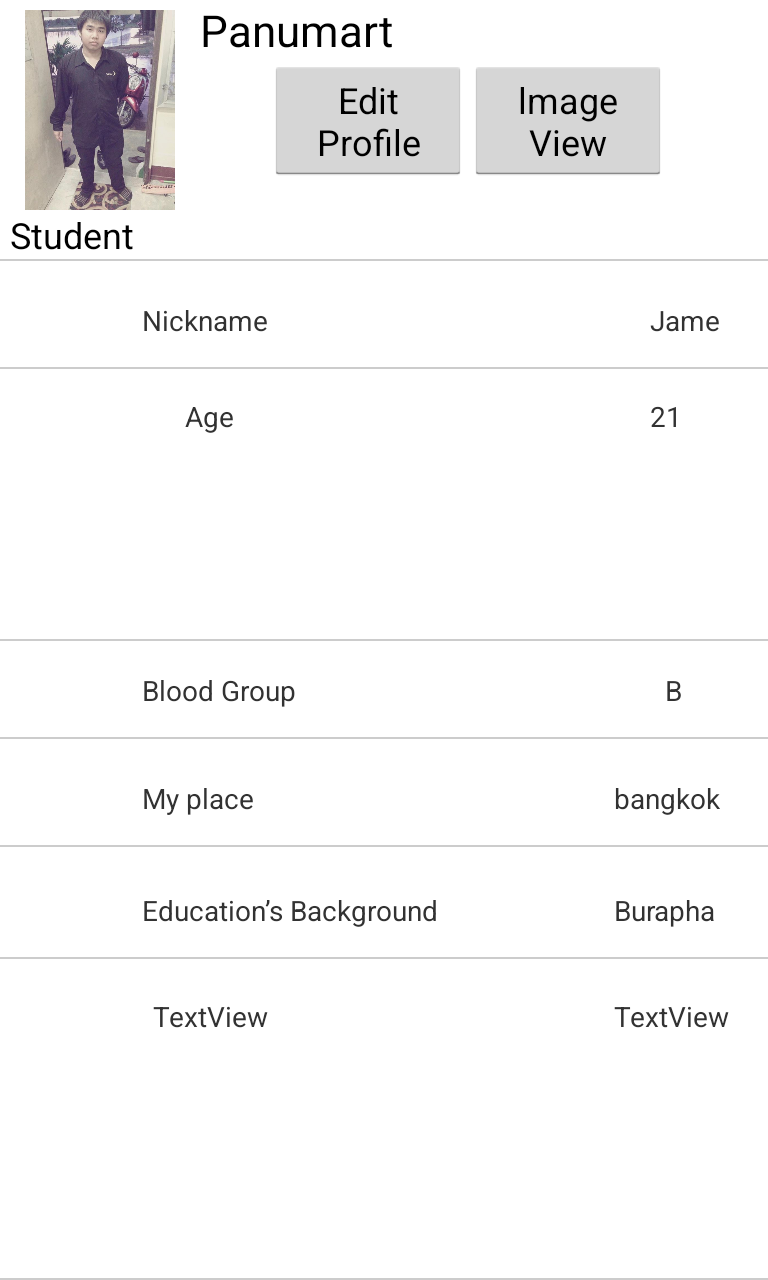
Repository: PanumartThamkawin/Resuma_55410657
Layout: Panu657/res/layout/activity_main.xml
The author's editor kept a copy of each file at every save. The layout is drawn from the files as they stood at one save, then again after the next save.
It is drawn on a 768 x 1280 px phone screen (xhdpi) without system bars, with theme AppTheme; the app's code is not run.

Above is the layout before, as saved 2014-09-01 06:58:13.

### Panu657/res/layout/activity_main.xml
<RelativeLayout xmlns:android="http://schemas.android.com/apk/res/android"
    xmlns:tools="http://schemas.android.com/tools"
    android:layout_width="match_parent"
    android:layout_height="match_parent"
    android:layout_marginLeft="5dp"
    tools:context="${relativePackage}.${activityClass}" >

    <LinearLayout
        android:id="@+id/linearLayout1"
        android:layout_width="100dp"
        android:layout_height="100dp"
        android:layout_marginTop="5dp" >

        <ImageView
            android:id="@+id/imageView1"
            android:layout_width="wrap_content"
            android:layout_height="wrap_content"
            android:src="@drawable/jame" />
    </LinearLayout>

    <TextView
        android:id="@+id/textView1"
        android:layout_width="wrap_content"
        android:layout_height="wrap_content"
        android:layout_alignParentTop="true"
        android:layout_toRightOf="@+id/linearLayout1"
        android:text="Panumart "
        android:textAppearance="?android:attr/textAppearanceLarge" />

    <LinearLayout
        android:id="@+id/linearLayout3"
        android:layout_width="wrap_content"
        android:layout_height="wrap_content"
        android:layout_alignParentRight="true"
        android:layout_below="@id/textView1"
        android:layout_marginRight="50dp" >

        <Button
            android:id="@+id/button1"
            android:layout_width="100dp"
            android:layout_height="wrap_content"
            android:text="Edit Profile" />

        <Button
            android:id="@+id/button2"
            android:layout_width="100dp"
            android:layout_height="wrap_content"
            android:text="lmage View" />
    </LinearLayout>

    <LinearLayout
        android:id="@+id/linearLayout2"
        android:layout_width="match_parent"
        android:layout_height="wrap_content"
        android:layout_below="@id/linearLayout1" >

        <TextView
            android:id="@+id/textView2"
            android:layout_width="wrap_content"
            android:layout_height="wrap_content"
            android:layout_marginLeft="5dp"
            android:text="Student "
            android:textAppearance="?android:attr/textAppearanceMedium" />
    </LinearLayout>

    <TextView
        android:id="@+id/textView3"
        android:layout_width="wrap_content"
        android:layout_height="wrap_content"
        android:layout_alignBaseline="@+id/textView4"
        android:layout_alignBottom="@+id/textView4"
        android:layout_toLeftOf="@+id/linearLayout3"
        android:text="Nickname" />

    <View
        android:id="@+id/view1"
        android:layout_width="wrap_content"
        android:layout_height="1dp"
        android:layout_alignParentLeft="true"
        android:layout_below="@+id/linearLayout2"
        android:background="#cccccc" />

    <View
        android:id="@+id/view2"
        android:layout_width="wrap_content"
        android:layout_height="1dp"
        android:layout_alignParentLeft="true"
        android:layout_below="@+id/textView4"
        android:layout_marginTop="14dp"
        android:background="#cccccc" />

    <View
        android:id="@+id/View05"
        android:layout_width="wrap_content"
        android:layout_height="1dp"
        android:layout_alignParentBottom="true"
        android:layout_alignParentLeft="true"
        android:background="#cccccc" />

    <TextView
        android:id="@+id/textView9"
        android:layout_width="wrap_content"
        android:layout_height="wrap_content"
        android:layout_alignLeft="@+id/textView7"
        android:layout_below="@+id/View02"
        android:layout_marginTop="20dp"
        android:text="My place" />

    <TextView
        android:id="@+id/textView11"
        android:layout_width="wrap_content"
        android:layout_height="wrap_content"
        android:layout_alignLeft="@+id/textView9"
        android:layout_below="@+id/View03"
        android:layout_marginTop="22dp"
        android:text="Education’s Background" />

    <TextView
        android:id="@+id/textView12"
        android:layout_width="wrap_content"
        android:layout_height="wrap_content"
        android:layout_alignBaseline="@+id/textView11"
        android:layout_alignBottom="@+id/textView11"
        android:layout_alignLeft="@+id/textView10"
        android:text="Burapha " />

    <View
        android:id="@+id/View02"
        android:layout_width="wrap_content"
        android:layout_height="1dp"
        android:layout_alignParentLeft="true"
        android:layout_below="@+id/textView7"
        android:layout_marginTop="14dp"
        android:background="#cccccc" />

    <View
        android:id="@+id/View03"
        android:layout_width="wrap_content"
        android:layout_height="1dp"
        android:layout_alignParentLeft="true"
        android:layout_below="@+id/textView9"
        android:layout_marginTop="14dp"
        android:background="#cccccc" />

    <View
        android:id="@+id/View04"
        android:layout_width="wrap_content"
        android:layout_height="1dp"
        android:layout_alignParentLeft="true"
        android:layout_below="@+id/textView11"
        android:layout_marginTop="14dp"
        android:background="#cccccc" />

    <TextView
        android:id="@+id/textView13"
        android:layout_width="wrap_content"
        android:layout_height="wrap_content"
        android:layout_below="@+id/View04"
        android:layout_marginTop="19dp"
        android:layout_toLeftOf="@+id/linearLayout3"
        android:text="TextView" />

    <TextView
        android:id="@+id/textView14"
        android:layout_width="wrap_content"
        android:layout_height="wrap_content"
        android:layout_alignBaseline="@+id/textView13"
        android:layout_alignBottom="@+id/textView13"
        android:layout_alignLeft="@+id/textView12"
        android:text="TextView" />

    <View
        android:id="@+id/View01"
        android:layout_width="wrap_content"
        android:layout_height="1dp"
        android:layout_alignParentLeft="true"
        android:layout_centerVertical="true"
        android:background="#cccccc" />

    <TextView
        android:id="@+id/textView5"
        android:layout_width="wrap_content"
        android:layout_height="wrap_content"
        android:layout_alignLeft="@+id/textView13"
        android:layout_below="@+id/view2"
        android:layout_marginLeft="16dp"
        android:layout_marginTop="14dp"
        android:text="Age" />

    <TextView
        android:id="@+id/textView7"
        android:layout_width="wrap_content"
        android:layout_height="wrap_content"
        android:layout_alignLeft="@+id/textView3"
        android:layout_below="@+id/View01"
        android:layout_marginTop="15dp"
        android:text="Blood Group" />

    <TextView
        android:id="@+id/textView8"
        android:layout_width="wrap_content"
        android:layout_height="wrap_content"
        android:layout_above="@+id/View02"
        android:layout_alignRight="@+id/textView6"
        android:text="B" />

    <TextView
        android:id="@+id/textView4"
        android:layout_width="wrap_content"
        android:layout_height="wrap_content"
        android:layout_alignParentRight="true"
        android:layout_below="@+id/view1"
        android:layout_marginRight="24dp"
        android:layout_marginTop="20dp"
        android:text="Jame" />

    <TextView
        android:id="@+id/textView10"
        android:layout_width="wrap_content"
        android:layout_height="wrap_content"
        android:layout_above="@+id/View03"
        android:layout_alignRight="@+id/textView4"
        android:text="bangkok" />

    <TextView
        android:id="@+id/textView6"
        android:layout_width="wrap_content"
        android:layout_height="wrap_content"
        android:layout_alignBaseline="@+id/textView5"
        android:layout_alignBottom="@+id/textView5"
        android:layout_alignLeft="@+id/textView4"
        android:text="21" />

</RelativeLayout>

Loaded but not shown: Panu657/res/values/styles.xml (common file); Panu657/res/values-v11/styles.xml (common file); Panu657/res/values-v14/styles.xml (common file)

After the next save:
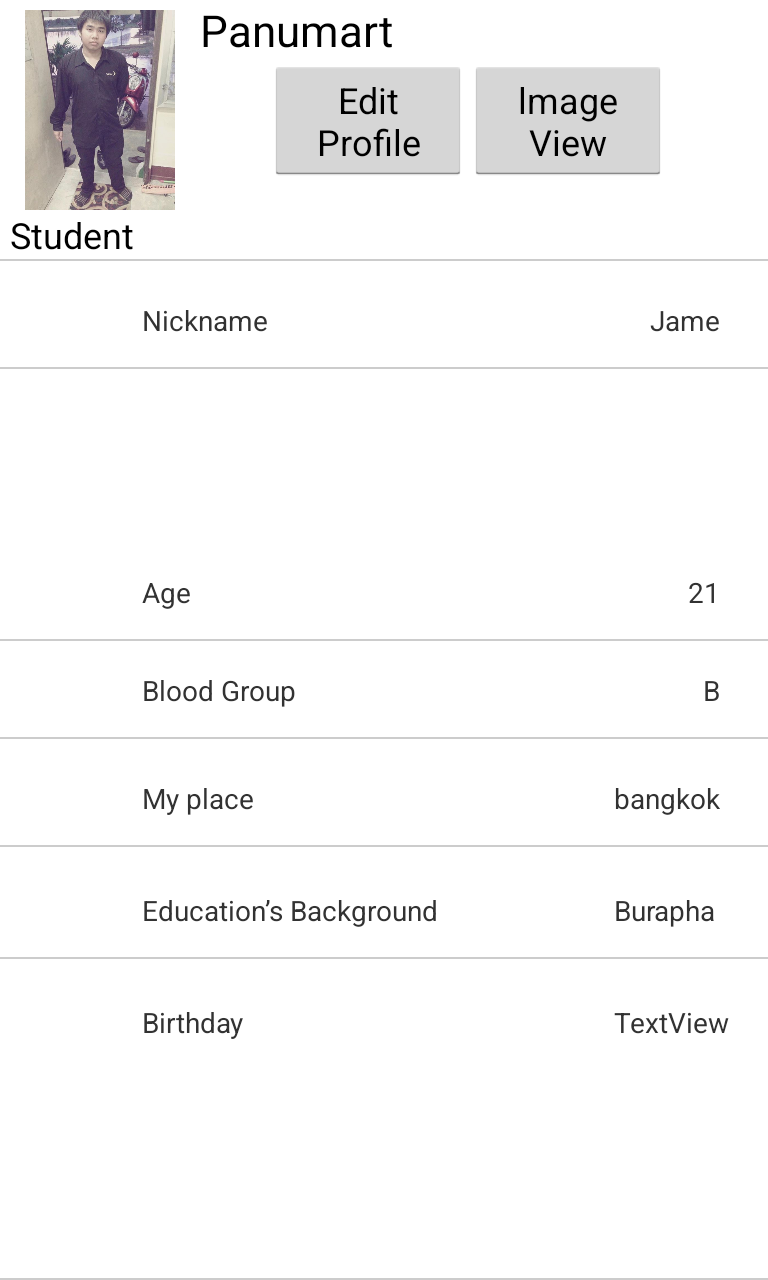
Saved 3 min 33 s later.
--- a/Panu657/res/layout/activity_main.xml
+++ b/Panu657/res/layout/activity_main.xml
@@ -152,15 +152,6 @@
         android:background="#cccccc" />
 
     <TextView
-        android:id="@+id/textView13"
-        android:layout_width="wrap_content"
-        android:layout_height="wrap_content"
-        android:layout_below="@+id/View04"
-        android:layout_marginTop="19dp"
-        android:layout_toLeftOf="@+id/linearLayout3"
-        android:text="TextView" />
-
-    <TextView
         android:id="@+id/textView14"
         android:layout_width="wrap_content"
         android:layout_height="wrap_content"
@@ -176,16 +167,6 @@
         android:layout_alignParentLeft="true"
         android:layout_centerVertical="true"
         android:background="#cccccc" />
-
-    <TextView
-        android:id="@+id/textView5"
-        android:layout_width="wrap_content"
-        android:layout_height="wrap_content"
-        android:layout_alignLeft="@+id/textView13"
-        android:layout_below="@+id/view2"
-        android:layout_marginLeft="16dp"
-        android:layout_marginTop="14dp"
-        android:text="Age" />
 
     <TextView
         android:id="@+id/textView7"
@@ -228,7 +209,25 @@
         android:layout_height="wrap_content"
         android:layout_alignBaseline="@+id/textView5"
         android:layout_alignBottom="@+id/textView5"
-        android:layout_alignLeft="@+id/textView4"
+        android:layout_alignRight="@+id/textView4"
         android:text="21" />
 
+    <TextView
+        android:id="@+id/textView5"
+        android:layout_width="wrap_content"
+        android:layout_height="wrap_content"
+        android:layout_above="@+id/View01"
+        android:layout_alignLeft="@+id/textView13"
+        android:layout_marginBottom="14dp"
+        android:text="Age" />
+
+    <TextView
+        android:id="@+id/textView13"
+        android:layout_width="wrap_content"
+        android:layout_height="wrap_content"
+        android:layout_alignLeft="@+id/textView11"
+        android:layout_below="@+id/View04"
+        android:layout_marginTop="22dp"
+        android:text="Birthday" />
+
 </RelativeLayout>
